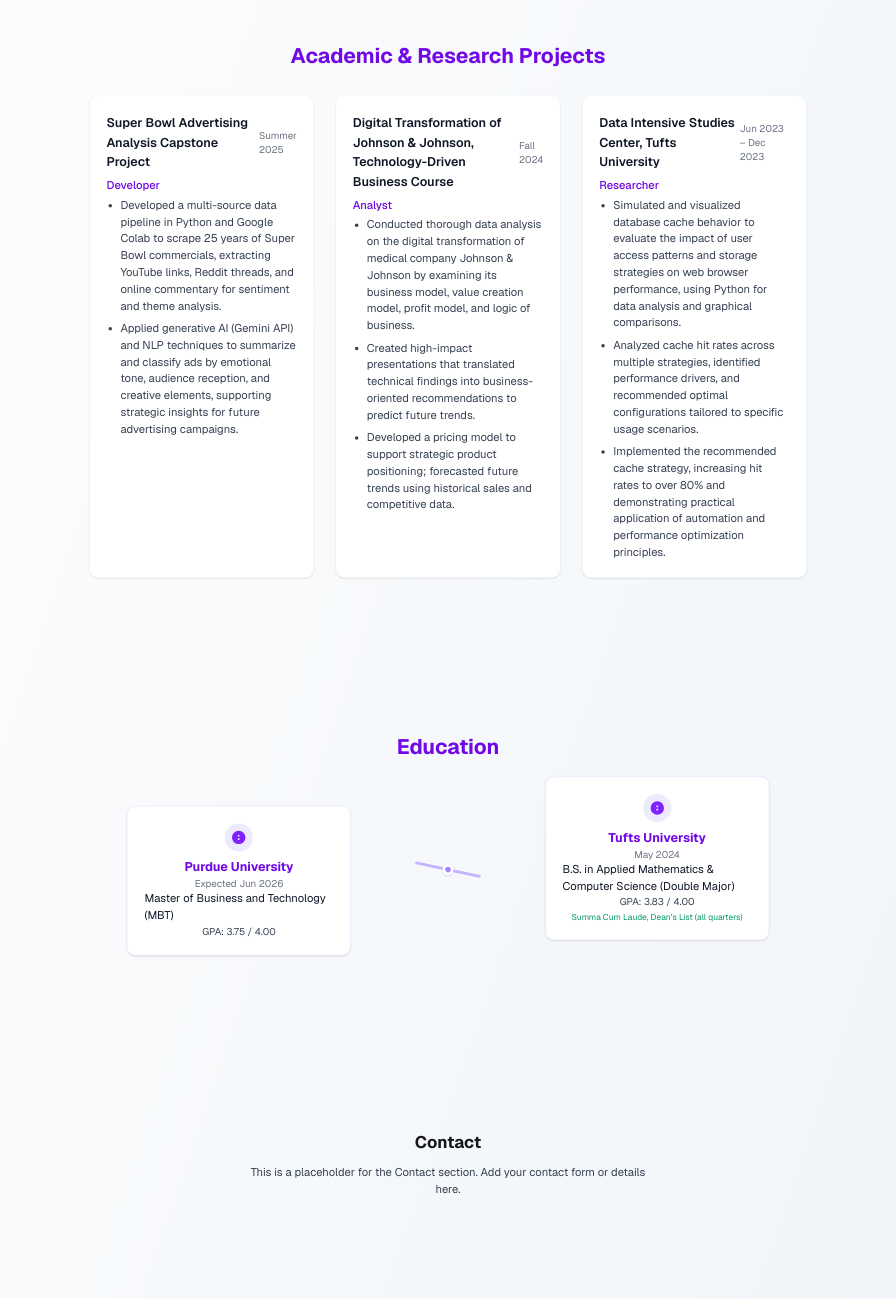
Repository: winniewyl/personal-portfolio
Page: /
These files come from the project's save history. The page is drawn as it stood at one moment and after the next save; the edit follows.
The browser window is 1280 px wide. The pictures show the part of the page from y = 1875 to 3795 px (the page is 3731 px tall before and 3795 px after), at 70% of full size.
The project was rebuilt for these pictures with package versions that can differ from the ones it lists, and the page was loaded fresh each time. The framework's server and built-in components were replaced by stand-ins that run in the browser. Also part of the build but not shown: next.config.ts.

Above is the page before, as saved 2025-07-22 11:53:54.

After the next save:
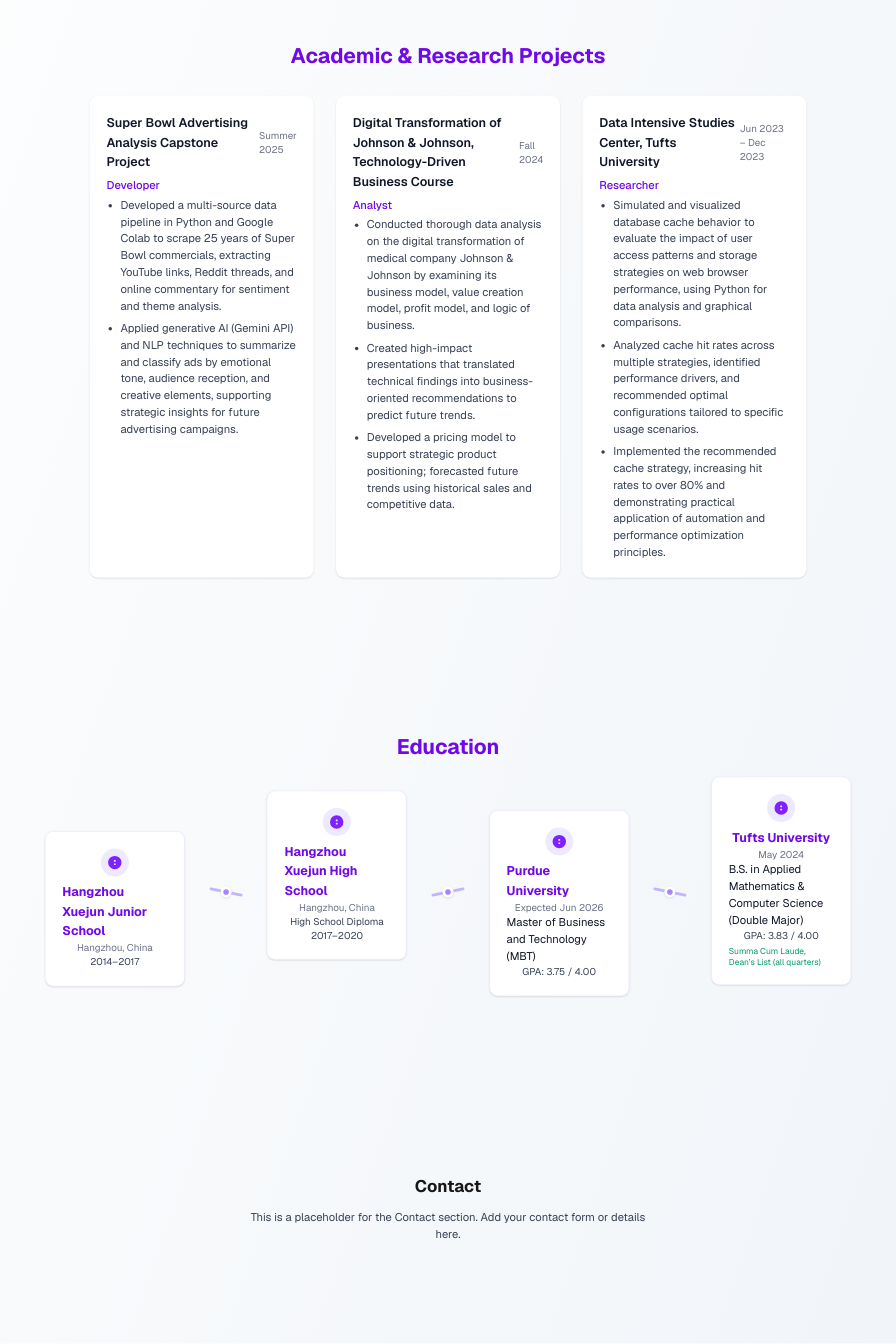
Saved 2 min 16 s later.
--- a/src/app/page.tsx
+++ b/src/app/page.tsx
@@ -195,9 +195,68 @@ export default function Home() {
             Education
           </h2>
           <div className="w-full flex flex-col md:flex-row items-center justify-center relative">
+            {/* Junior School */}
+            <div className="flex flex-col items-center md:w-1/4 px-2 md:px-4 z-10 md:translate-y-6">
+              <div className="flex flex-col items-center bg-white dark:bg-[#232336] rounded-xl shadow p-6 min-w-[200px] max-w-xs border border-violet-100 dark:border-violet-700">
+                <span className="flex items-center justify-center w-10 h-10 bg-violet-100 rounded-full mb-2">
+                  <svg
+                    className="w-6 h-6 text-violet-600"
+                    fill="currentColor"
+                    viewBox="0 0 20 20"
+                  >
+                    <path d="M10 2a8 8 0 100 16 8 8 0 000-16zm1 11H9v-2h2v2zm0-4H9V7h2v2z" />
+                  </svg>
+                </span>
+                <span className="font-bold text-lg text-violet-700">
+                  Hangzhou Xuejun Junior School
+                </span>
+                <span className="text-sm text-gray-500 dark:text-gray-400">
+                  Hangzhou, China
+                </span>
+                <span className="text-sm text-gray-700 dark:text-gray-300">
+                  2014–2017
+                </span>
+              </div>
+            </div>
+            {/* Connector */}
+            <div className="hidden md:block w-1/12 flex-shrink-0 relative h-32">
+              <div className="absolute left-1/2 top-1/2 w-12 h-1 bg-violet-300 dark:bg-violet-700 transform -translate-x-1/2 -translate-y-1/2 rotate-12 rounded-full"></div>
+              <div className="absolute left-1/2 top-1/2 w-4 h-4 bg-violet-400 dark:bg-violet-600 rounded-full border-4 border-white dark:border-[#18181c] shadow -translate-x-1/2 -translate-y-1/2"></div>
+            </div>
+            {/* High School */}
+            <div className="flex flex-col items-center md:w-1/4 px-2 md:px-4 z-10 md:-translate-y-6">
+              <div className="flex flex-col items-center bg-white dark:bg-[#232336] rounded-xl shadow p-6 min-w-[200px] max-w-xs border border-violet-100 dark:border-violet-700">
+                <span className="flex items-center justify-center w-10 h-10 bg-violet-100 rounded-full mb-2">
+                  <svg
+                    className="w-6 h-6 text-violet-600"
+                    fill="currentColor"
+                    viewBox="0 0 20 20"
+                  >
+                    <path d="M10 2a8 8 0 100 16 8 8 0 000-16zm1 11H9v-2h2v2zm0-4H9V7h2v2z" />
+                  </svg>
+                </span>
+                <span className="font-bold text-lg text-violet-700">
+                  Hangzhou Xuejun High School
+                </span>
+                <span className="text-sm text-gray-500 dark:text-gray-400">
+                  Hangzhou, China
+                </span>
+                <span className="text-sm text-gray-700 dark:text-gray-300">
+                  High School Diploma
+                </span>
+                <span className="text-sm text-gray-700 dark:text-gray-300">
+                  2017–2020
+                </span>
+              </div>
+            </div>
+            {/* Connector */}
+            <div className="hidden md:block w-1/12 flex-shrink-0 relative h-32">
+              <div className="absolute left-1/2 top-1/2 w-12 h-1 bg-violet-300 dark:bg-violet-700 transform -translate-x-1/2 -translate-y-1/2 -rotate-12 rounded-full"></div>
+              <div className="absolute left-1/2 top-1/2 w-4 h-4 bg-violet-400 dark:bg-violet-600 rounded-full border-4 border-white dark:border-[#18181c] shadow -translate-x-1/2 -translate-y-1/2"></div>
+            </div>
             {/* Purdue University */}
-            <div className="flex flex-col items-center md:w-1/2 px-2 md:px-4 z-10 md:translate-y-4">
-              <div className="flex flex-col items-center bg-white dark:bg-[#232336] rounded-xl shadow p-6 min-w-[260px] max-w-xs border border-violet-100 dark:border-violet-700">
+            <div className="flex flex-col items-center md:w-1/4 px-2 md:px-4 z-10 md:translate-y-4">
+              <div className="flex flex-col items-center bg-white dark:bg-[#232336] rounded-xl shadow p-6 min-w-[200px] max-w-xs border border-violet-100 dark:border-violet-700">
                 <span className="flex items-center justify-center w-10 h-10 bg-violet-100 rounded-full mb-2">
                   <svg
                     className="w-6 h-6 text-violet-600"
@@ -222,13 +281,13 @@ export default function Home() {
               </div>
             </div>
             {/* Connector */}
-            <div className="hidden md:block w-1/6 flex-shrink-0 relative h-32">
-              <div className="absolute left-1/2 top-1/2 w-24 h-1 bg-violet-300 dark:bg-violet-700 transform -translate-x-1/2 -translate-y-1/2 rotate-12 rounded-full"></div>
+            <div className="hidden md:block w-1/12 flex-shrink-0 relative h-32">
+              <div className="absolute left-1/2 top-1/2 w-12 h-1 bg-violet-300 dark:bg-violet-700 transform -translate-x-1/2 -translate-y-1/2 rotate-12 rounded-full"></div>
               <div className="absolute left-1/2 top-1/2 w-4 h-4 bg-violet-400 dark:bg-violet-600 rounded-full border-4 border-white dark:border-[#18181c] shadow -translate-x-1/2 -translate-y-1/2"></div>
             </div>
             {/* Tufts University */}
-            <div className="flex flex-col items-center md:w-1/2 px-2 md:px-4 z-10 md:-translate-y-4">
-              <div className="flex flex-col items-center bg-white dark:bg-[#232336] rounded-xl shadow p-6 min-w-[260px] max-w-xs border border-violet-100 dark:border-violet-700">
+            <div className="flex flex-col items-center md:w-1/4 px-2 md:px-4 z-10 md:-translate-y-4">
+              <div className="flex flex-col items-center bg-white dark:bg-[#232336] rounded-xl shadow p-6 min-w-[200px] max-w-xs border border-violet-100 dark:border-violet-700">
                 <span className="flex items-center justify-center w-10 h-10 bg-violet-100 rounded-full mb-2">
                   <svg
                     className="w-6 h-6 text-violet-600"
